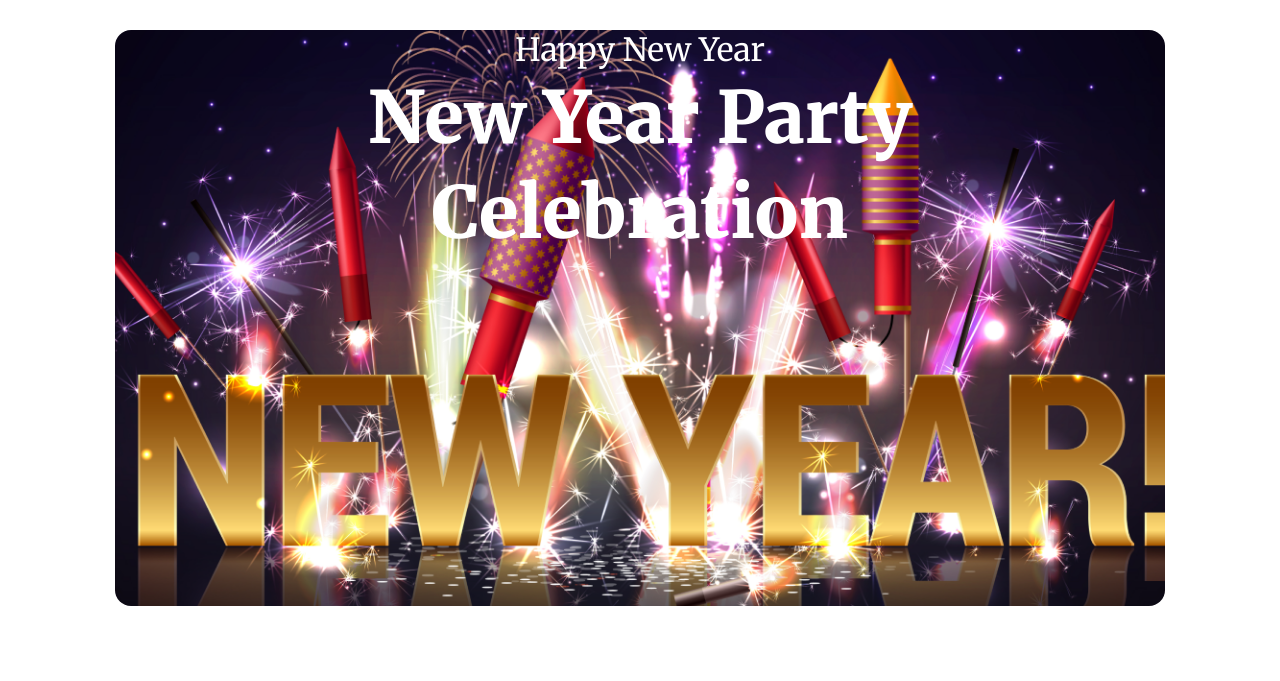
Repository: rahmatahmedrifat/First-Assignment
Page: index.html
An editor plug-in stored every save of this project. The page is shown before and after the next save, followed by the edit.
The browser window is 1280 px wide. The pictures show the whole page.

Above is the page before, as saved 2024-01-08 00:27:45.

After the next save:
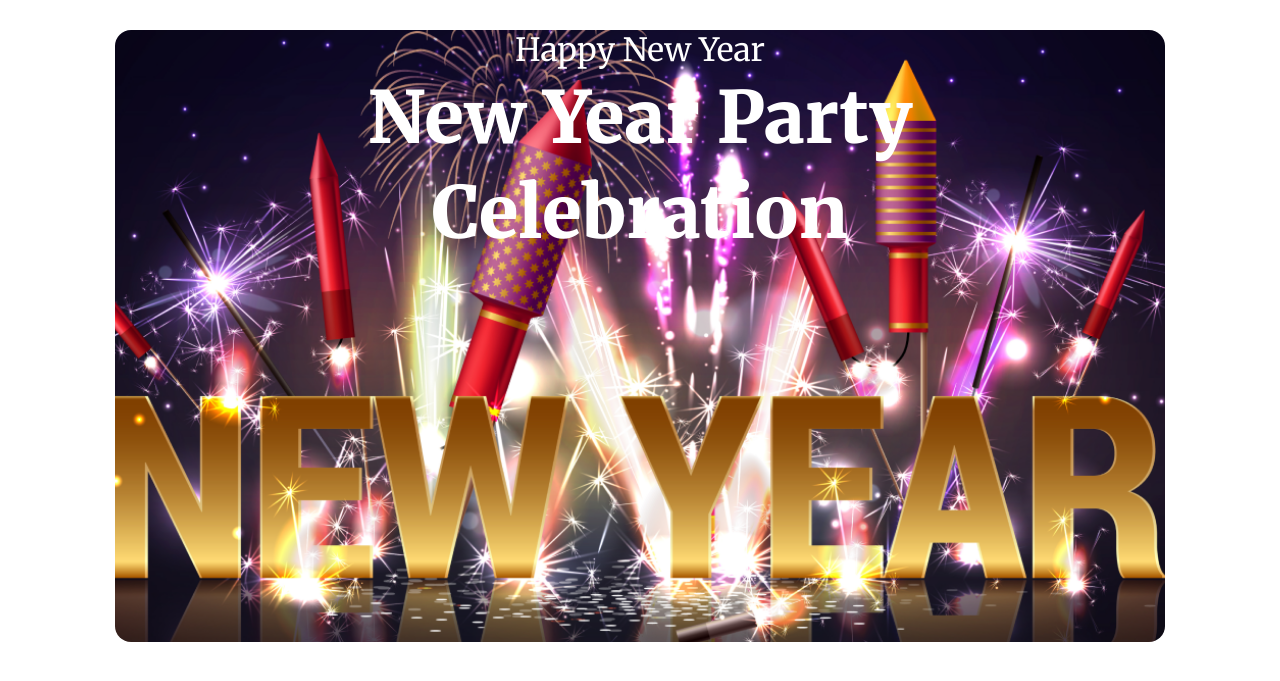
Saved 13 s later.
--- a/Style/style.css
+++ b/Style/style.css
@@ -21,7 +21,7 @@
     background-position: center;
     border-radius: 16px;
     /* padding: 177px 0px; */
-    height: 80vh;
+    height: 85vh;
 }
 .banner-content{
     width: 632px;
